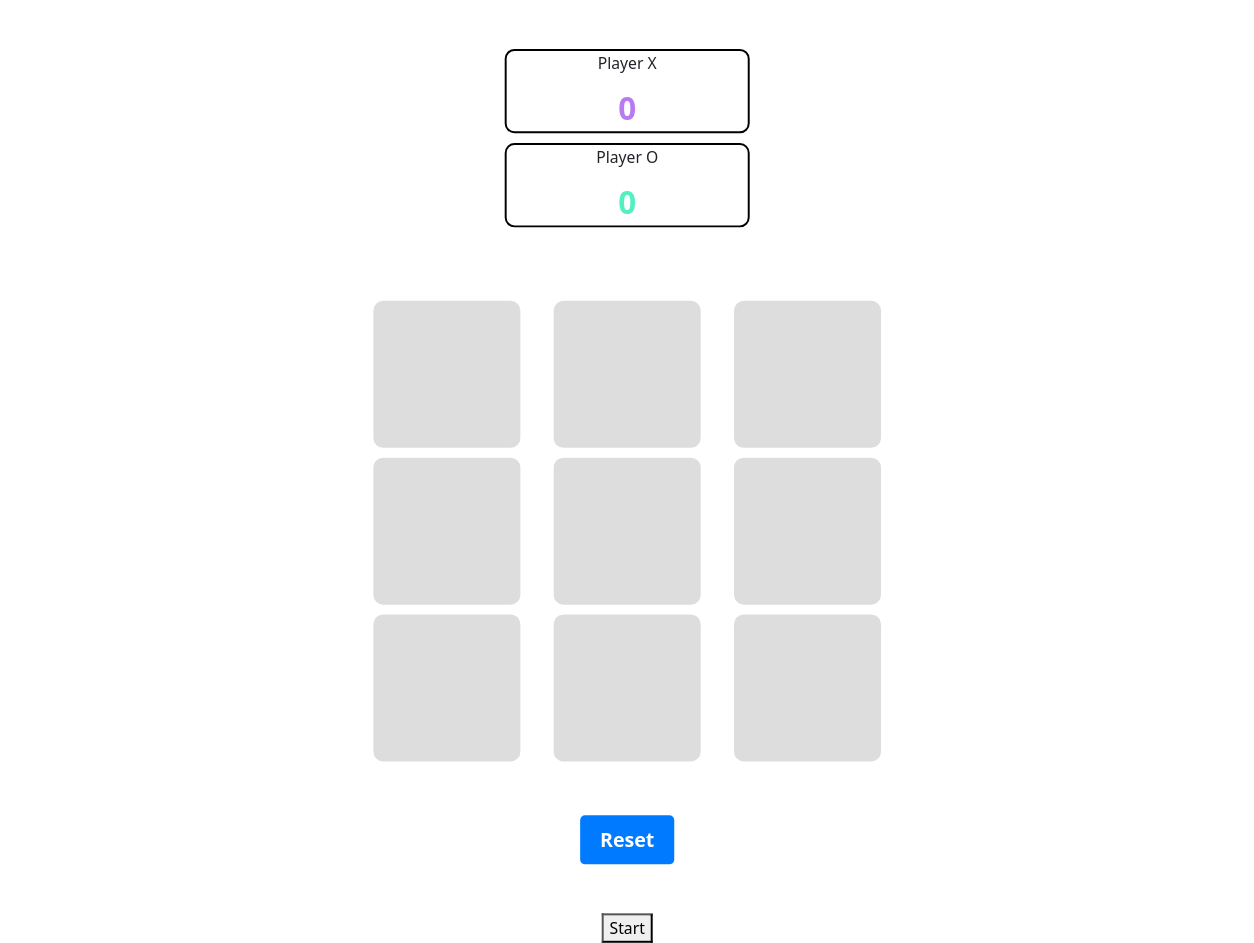
Repository: woodsdeshe/Tic-Tac-Toe
Page: index.html
An editor plug-in stored every save of this project. The page is shown before and after the next save, followed by the edit.
The browser window is 1280 px wide. The pictures show the whole page, at 98% of full size.

Above is the page before, as saved 2023-03-31 21:10:27.

### index.html
<!DOCTYPE html>
<html lang="en">
  <head>
    <meta charset="UTF-8" />
    <meta http-equiv="X-UA-Compatible" content="IE=edge" />
    <meta name="viewport" content="width=device-width, initial-scale=1.0" />
    <title>Tic Tac Toe | DeShe Woods</title>
    <link rel="stylesheet" href="styles.css" />
    <link
      href="https://cdn.jsdelivr.net/npm/bootstrap@5.3.0-alpha2/dist/css/bootstrap.min.css"
      rel="stylesheet"
      integrity="sha384-aFq/bzH65dt+w6FI2ooMVUpc+21e0SRygnTpmBvdBgSdnuTN7QbdgL+OapgHtvPp"
      crossorigin="anonymous"
    />
  </head>
  <body>
    <div class="container">
      <div class="row">
        <div class="col-12 scoreboard scoreboard-left">
          <div>Player X</div>
          <div class="score-x">0</div>
        </div>
        <div class="col-12 scoreboard scoreboard-right">
          <div>Player O</div>
          <div class="score-o">0</div>
        </div>
      </div>
      <div class="message"></div>
      <div class="container game-board">
        <div class="row">
          <div class="col-4">
            <div class="tile square-1"></div>
          </div>
          <div class="col-4">
            <div class="tile square-2"></div>
          </div>
          <div class="col-4">
            <div class="tile square-3"></div>
          </div>
        </div>
        <div class="row">
          <div class="col-4">
            <div class="tile square-4"></div>
          </div>
          <div class="col-4">
            <div class="tile square-5"></div>
          </div>
          <div class="col-4">
            <div class="tile square-6"></div>
          </div>
        </div>
        <div class="row">
          <div class="col-4">
            <div class="tile square-7"></div>
          </div>
          <div class="col-4">
            <div class="tile square-8"></div>
          </div>
          <div class="col-4">
            <div class="tile square-9"></div>
          </div>
        </div>
      </div>
      </div>
      <div class="reset">
        <button class="reset-btn">Reset</button>
      </div>
      <div class="start">
        <button class="startBtn">Start</button>
      </div>
    </div>
    <script
      src="https://cdn.jsdelivr.net/npm/bootstrap@5.3.0-alpha2/dist/js/bootstrap.bundle.min.js"
      integrity="sha384-qKXV1j0HvMUeCBQ+QVp7JcfGl760yU08IQ+GpUo5hlbpg51QRiuqHAJz8+BrxE/N"
      crossorigin="anonymous"
    ></script>
    <script src="script.js"></script>
  </body>
</html>

### styles.css
.container {
  display: flex;
  flex-direction: column;
  align-items: center;
  margin-top: 50px;
}

.scoreboard {
  display: flex;
  flex-direction: column;
  align-items: center;
  border: 2px solid black;
  border-radius: 10px;
  width: 200px;
}

.scoreboard-left {
  margin-right: 70px;
  margin-bottom: 10px;
}

.scoreboard-right {
  margin: 0;
}

.score-x {
  font-size: 48px;
  color: rgb(184, 123, 241);
}

.score-o {
  font-size: 48px;
  color: rgb(83, 240, 193);
}

.score-x,
.score-o {
  font-size: 2em;
  font-weight: bold;
  margin-top: 10px;
}

.message {
  font-size: 2em;
  margin-bottom: 20px;
}

.game-board {
  display: flex;
  justify-content: center;
}

.tile {
  width: 150px;
  height: 150px;
  background-color: #ddd;
  margin: 5px;
  border-radius: 10px;
  display: flex;
  justify-content: center;
  align-items: center;
  font-size: 50px;
  font-weight: bold;
  cursor: pointer;
}

.reset {
  text-align: center;
  margin-top: 50px;
}

.reset-btn {
  font-size: 20px;
  font-weight: bold;
  padding: 10px 20px;
  background-color: #007bff;
  color: white;
  border-radius: 5px;
  border: none;
  cursor: pointer;
}

.start {
    text-align: center;
    margin-top: 50px;
}

.x-symbol {
    color: rgb(184, 123, 241);
}

.o-symbol {
    color: rgb(83, 240, 193);
}

@media (max-width: 767px) {
  .scoreboard {
    margin-bottom: 20px;
  }
}

### script.js
// Variables that access the squares, reset button, scoreboards , and messaging for the game that will stay constant
const gameBoard = document.querySelector(".game-board");
const resetBtn = document.querySelector(".reset-btn");
const scoreboardX = document.querySelector(".score-x");
const scoreboardO = document.querySelector(".score-o");
const message = document.querySelector(".message");
const tile = document.querySelectorAll(".tile");

// Variables that access the current player, game over, X and O scores that will change based on conditions of the game
let currentPlayer = "X";
let gameOver = false;
let xScore = 0;
let oScore = 0;

// This event listener will check to see if the tiles are empty and will fill them with the symbol of the current player

gameBoard.addEventListener("click", (event) => {
  event.preventDefault();

  //This if statement checks to see if the game is over before allowing the players to continue playing. If gameOver is true, then the board becomes unclickable
  if (gameOver) {
    return;
  }

  // This variable will hold the square that gets clicked using the .target property
  const square = event.target;

  // Checks to see if the square contains a class of tile and the square is empty. If it's empty then the square will contain a symbol and alternate the symbol according to the current player
  if (square.classList.contains("tile") && square.textContent === "") {
    // This if statement adds or removes the appropriate symbol class based on the current player so that the colors of the symbols will be different
    if (currentPlayer === "X") {
      square.classList.add("x-symbol");
      square.classList.remove("o-symbol");
    } else {
      square.classList.add("o-symbol");
      square.classList.remove("x-symbol");
    }

    square.textContent = currentPlayer;

    //Updates the message variable to show who's turn it is on the screen
    message.textContent = `It's ${currentPlayer} turn`;

    currentPlayer = currentPlayer === "X" ? "O" : "X";
  }

  //Calls the checkForWinner function after each turn to see if a player has won
  checkForWinner();
});

// Check to see if the tiles contain a winning play of a specific player
function currentPlay(plays, player) {
  // The .every method checks through every tile within the player array that checks to see if they contain the current players symbol with a boolean "true" or "false"
  return plays.every((tile) => {
    tileElement = document.querySelector(`.square-${tile}`);
    return tileElement.textContent === player;
  });
}

// This function will check to see which player has the winning set after each move
function checkForWinner() {
  // Nested arrays that show all the winning plays that are needed to win
  const winningPlays = [
    [1, 2, 3],
    [4, 5, 6],
    [7, 8, 9],
    [1, 4, 7],
    [2, 5, 8],
    [3, 6, 9],
    [1, 5, 9],
    [3, 5, 7],
  ];

  // Loops through each array within "winingPlays" and stores the values in the variable "plays"
  for (let i = 0; i < winningPlays.length; i++) {
    const plays = winningPlays[i];

    // Create if/else conditions that will check to see if the current player has a winning play thats in 'winningPlays', if no one wins, it calls the "itsATie" function to alert the players that the game is over and prevents the players from continuing to play using th endGame function"
    if (currentPlay(plays, "X")) {
      xScore++;
      scoreboardX.textContent = xScore;
      message.textContent = "Player X Wins!";
      gameOver = true;
      endGame();
    } else if (currentPlay(plays, "O")) {
      oScore++;
      scoreboardO.textContent = oScore;
      message.textContent = "Player O Wins!";
      gameOver = true;
      endGame();
    } else if (itsATie()) {
      message.textContent = "Game over! It's a tie!!!";
      gameOver = true;
      endGame();
    }
  }

  // This function iterates through all the tiles on the board and checks to see if the board is full. If there isn't any empty tiles left, it returns true.
  function itsATie() {
    for (let i = 0; i < tile.length; i++) {
      if (tile[i].textContent === "") {
        return false;
      }
    }
    return true;
  }

  // This function iterates through all the tiles in the game and removes the gameBoard listener so that the board is no longer clickable when the game is over
  function endGame() {
    for (let i = 0; i < tile.length; i++) {
      tile[i].removeEventListener("click", handleClick);
    }
  }
}

//This function resets the game
function resetGame() {
  currentPlayer = "X";
  gameOver = false;
  message.textContent = `It's ${currentPlayer} turn`;
  scoreboardX.textContent = "0";
  scoreboardO.textContent = "0";
  xScore = 0;
  oScore = 0;

  // Clears the board by setting the text content of all tiles to an empty string
  tile.forEach((tile) => {
    tile.textContent = "";
  });

  // Add back the event listener to each tile so that they are clickable again
  tile.forEach((tile) => {
    tile.addEventListener("click", handleTileClick);
  });
}

resetBtn.addEventListener("click", () => {
  resetGame();
});

After the next save:
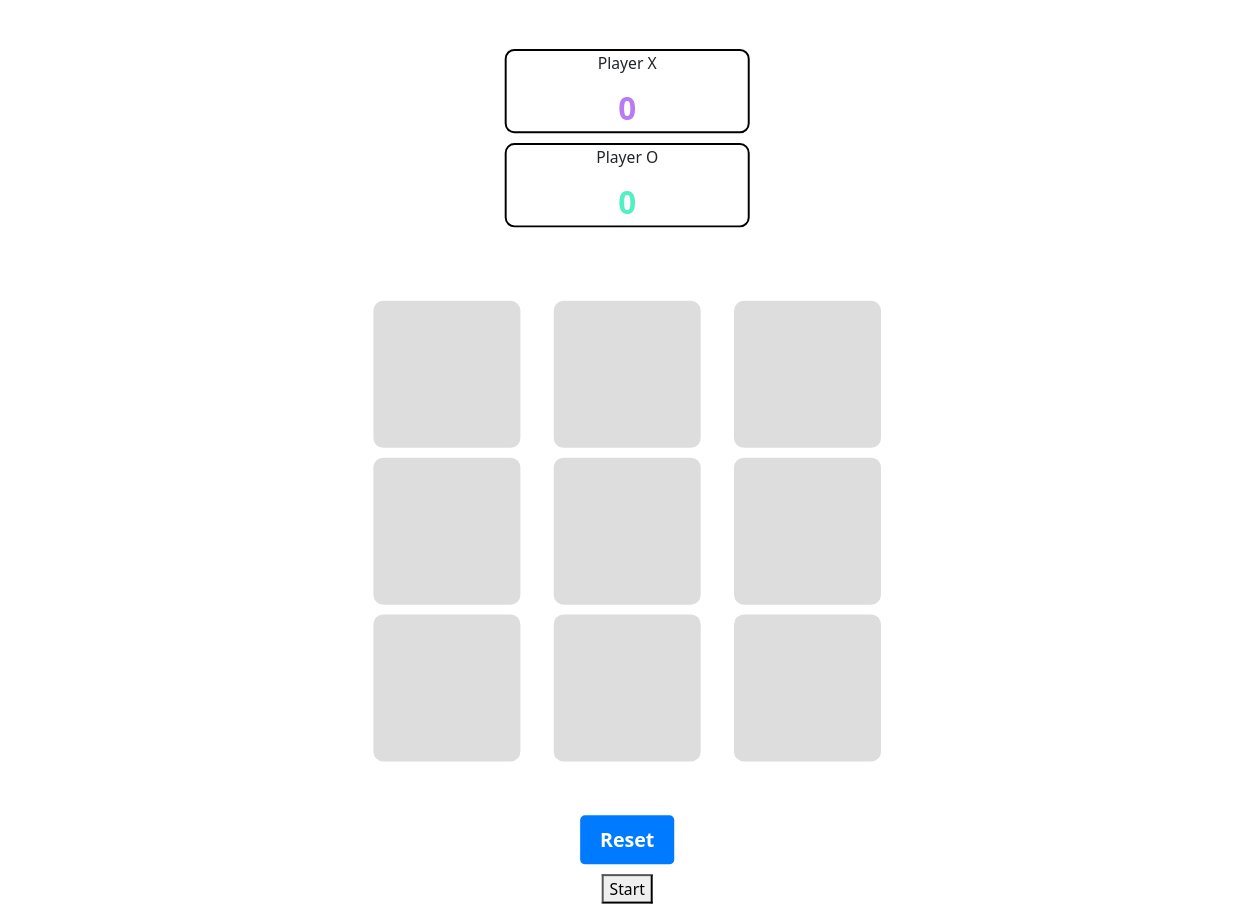
Saved 7 s later.
--- a/styles.css
+++ b/styles.css
@@ -82,7 +82,7 @@
 
 .start {
     text-align: center;
-    margin-top: 50px;
+    margin-top: 10px;
 }
 
 .x-symbol {
